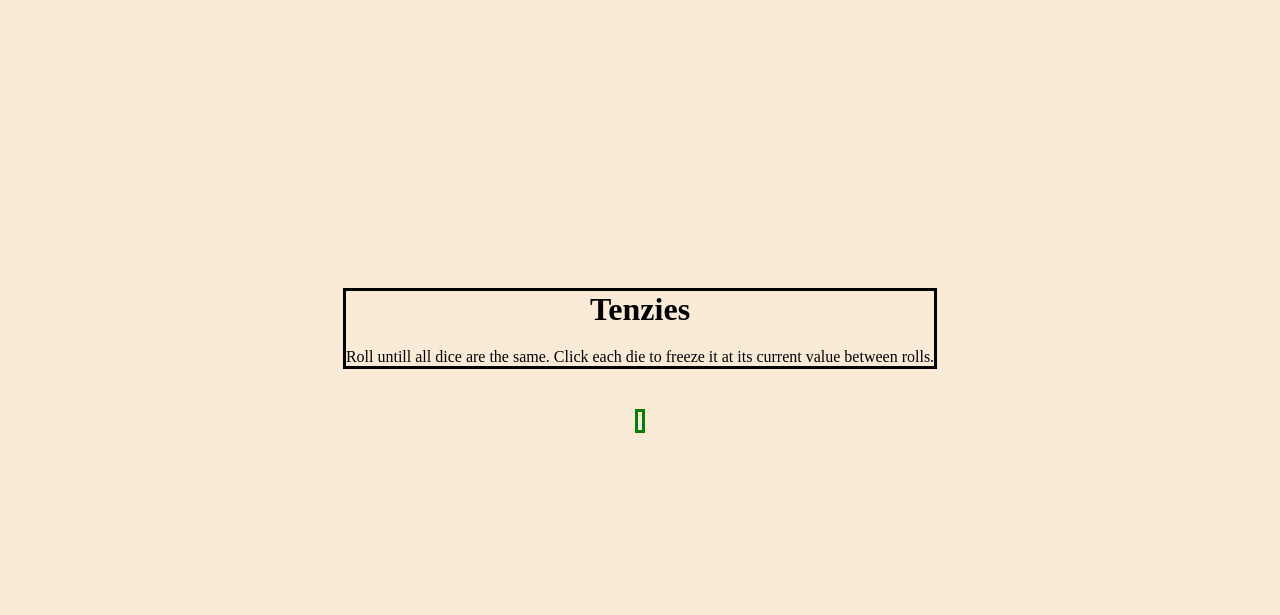
Repository: 2iaad/React
Page: /
An editor plug-in stored every save of this project. The page is shown before and after the next save, followed by the edit.
The browser window is 1280 px wide. The pictures show the whole page.
The project was rebuilt for these pictures with package versions that can differ from the ones it lists, and the page was loaded fresh each time. Also part of the build but not shown: vite.config.js.

Above is the page before, as saved 2025-12-06 00:02:34.

After the next save:
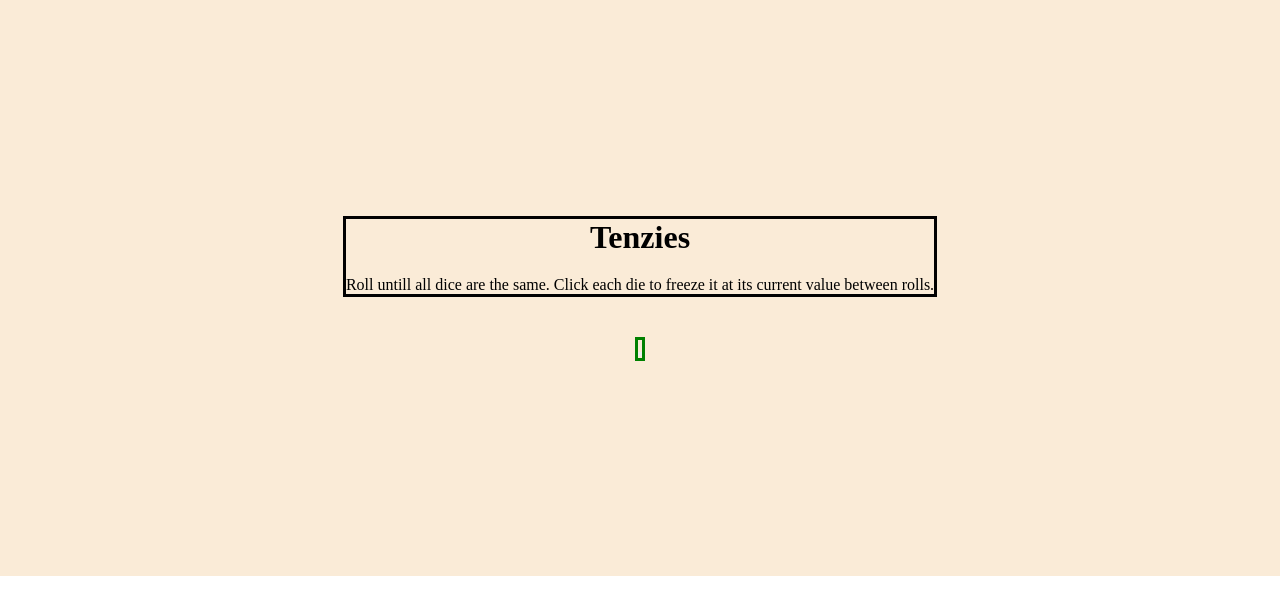
Saved 14 s later.
--- a/src/index.css
+++ b/src/index.css
@@ -10,6 +10,6 @@
   align-items: center;
 
   gap: 40px;
-  height: 100vh;
+  height: 80vh;
   background-color: antiquewhite;
 }

After the save that followed:
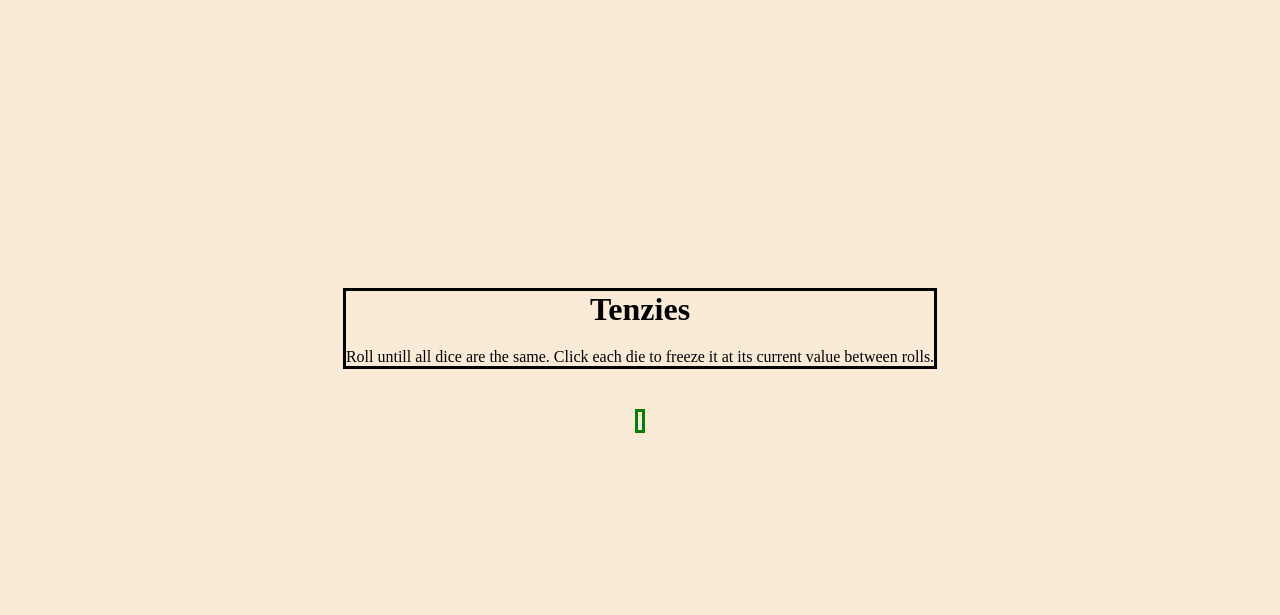
Saved 4 s later.
--- a/src/index.css
+++ b/src/index.css
@@ -10,6 +10,6 @@
   align-items: center;
 
   gap: 40px;
-  height: 80vh;
+  height: 100vh;
   background-color: antiquewhite;
 }
